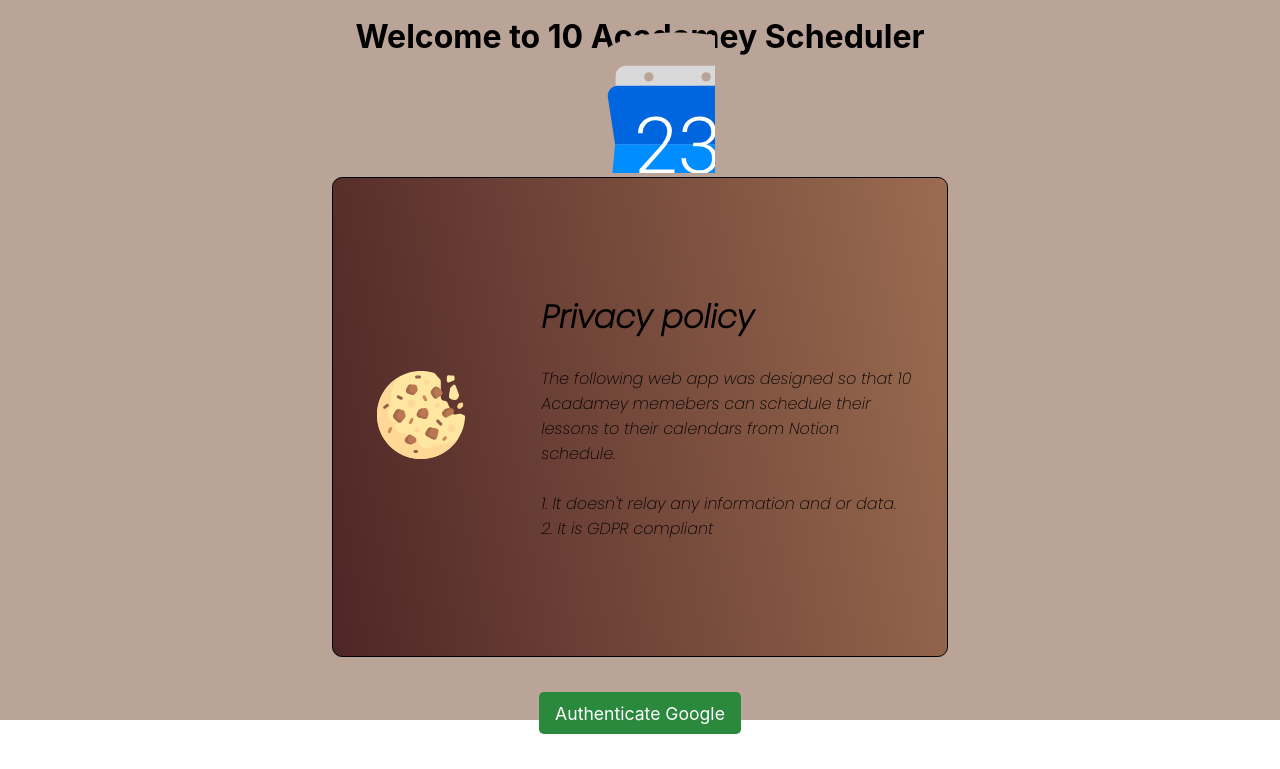
Repository: nebilarega/calendar-extractor
Page: / (app in frontend/)
The author's editor kept a copy of each file at every save. The page is drawn from the files as they stood at one save, then again after the next save.
The browser window is 1280 px wide. The pictures show the whole page.
The project was rebuilt for these pictures with package versions that can differ from the ones it lists, and the page was loaded fresh each time.

Above is the page before, as saved 2022-08-25 00:30:48.

After the next save:
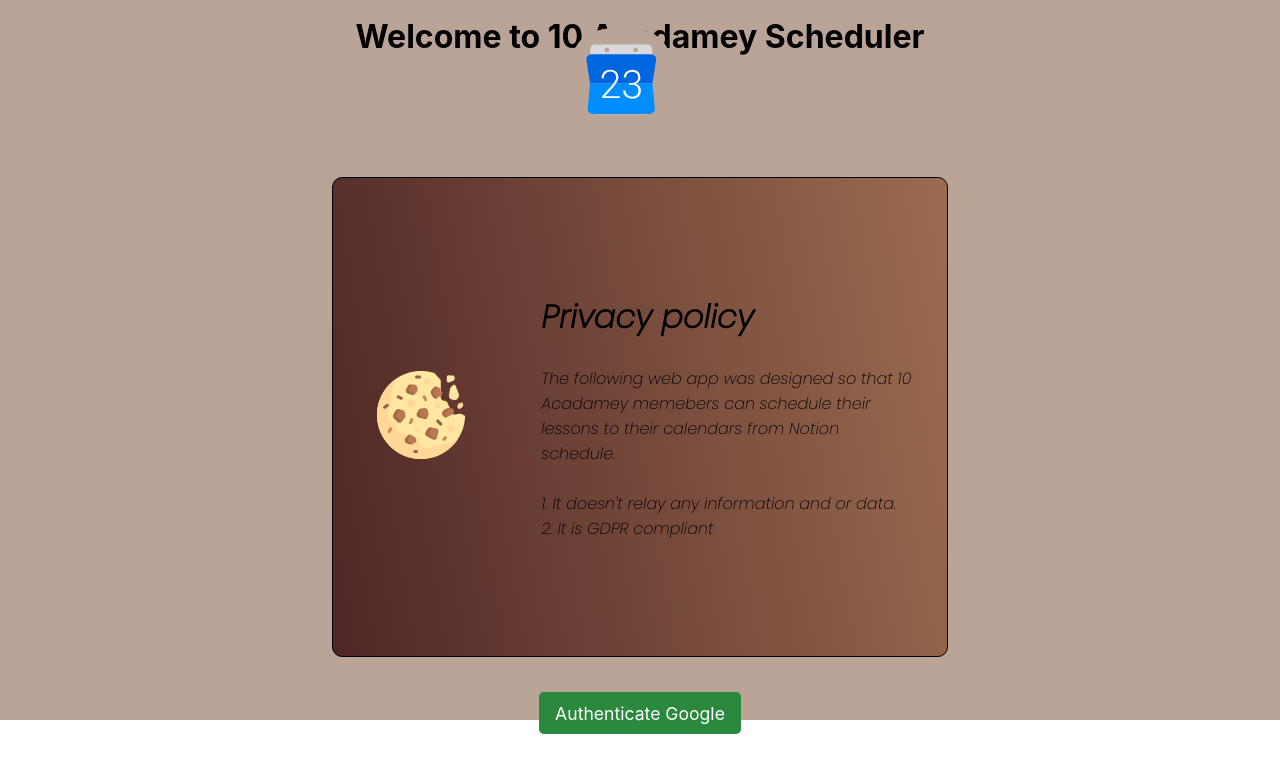
Saved 10 s later.
--- a/frontend/src/component/LandingPage.js
+++ b/frontend/src/component/LandingPage.js
@@ -8,7 +8,7 @@
       </header>
       <main className="body">
         <div className="calendar__logo">
-          <svg xmlns="http://www.w3.org/2000/svg" viewBox="0 0 16 16">
+          <svg xmlns="http://www.w3.org/2000/svg" viewBox="0 0 32 32">
             <g data-name="Layer 2" id="calendar-svg">
               <g data-name="Layer 3">
                 <path fill="none" d="M0 0h24v24H0z" />
